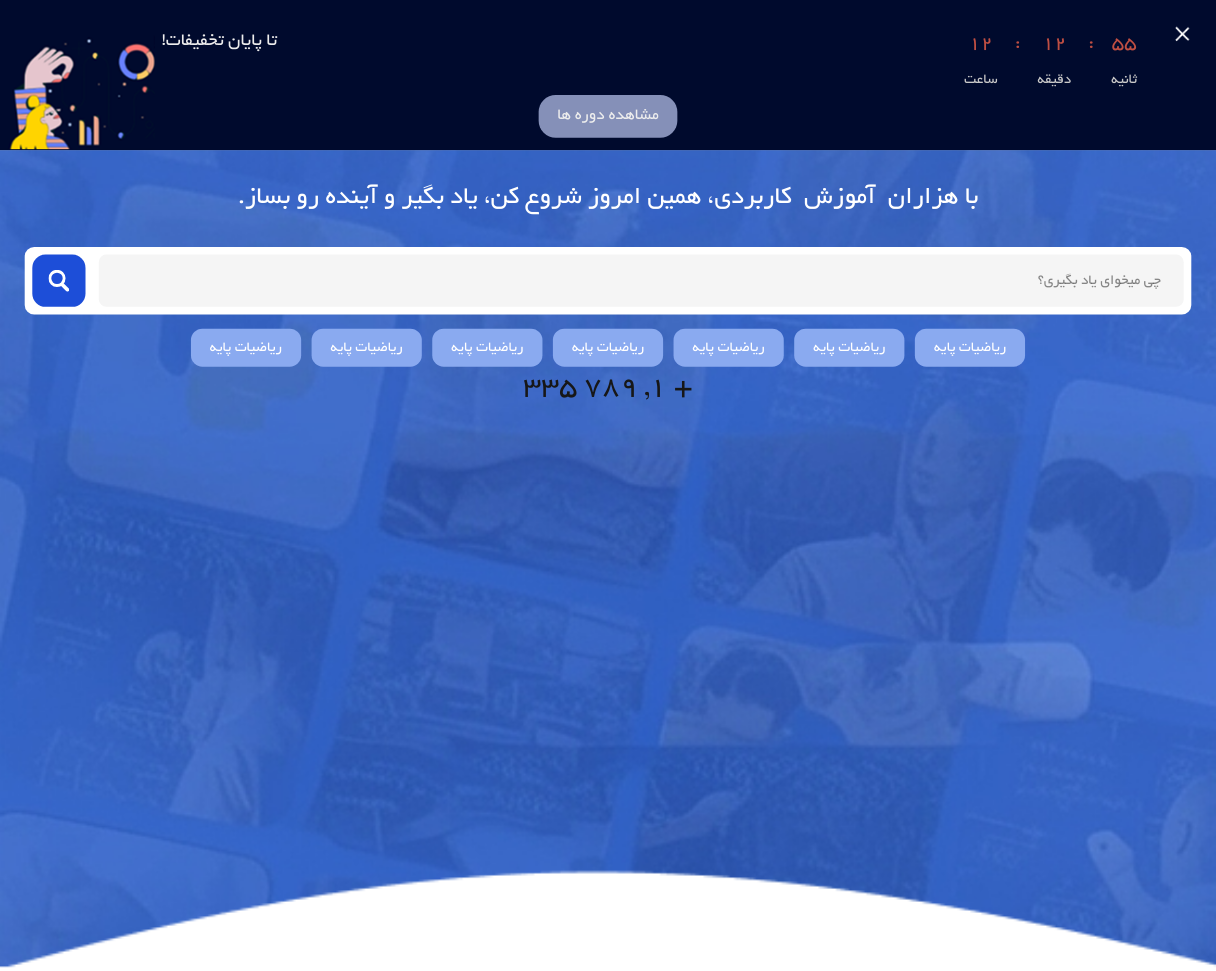
Repository: sinafath/fradars
Page: /
The author's editor kept a copy of each file at every save. The page is drawn from the files as they stood at one save, then again after the next save.
The browser window is 1280 px wide. The pictures show the whole page, at 95% of full size.
The project was rebuilt for these pictures with package versions that can differ from the ones it lists, and the page was loaded fresh each time. The framework's server and built-in components were replaced by stand-ins that run in the browser. Also part of the build but not shown: next.config.ts.

Above is the page before, as saved 2025-09-21 20:10:58.

After the next save:
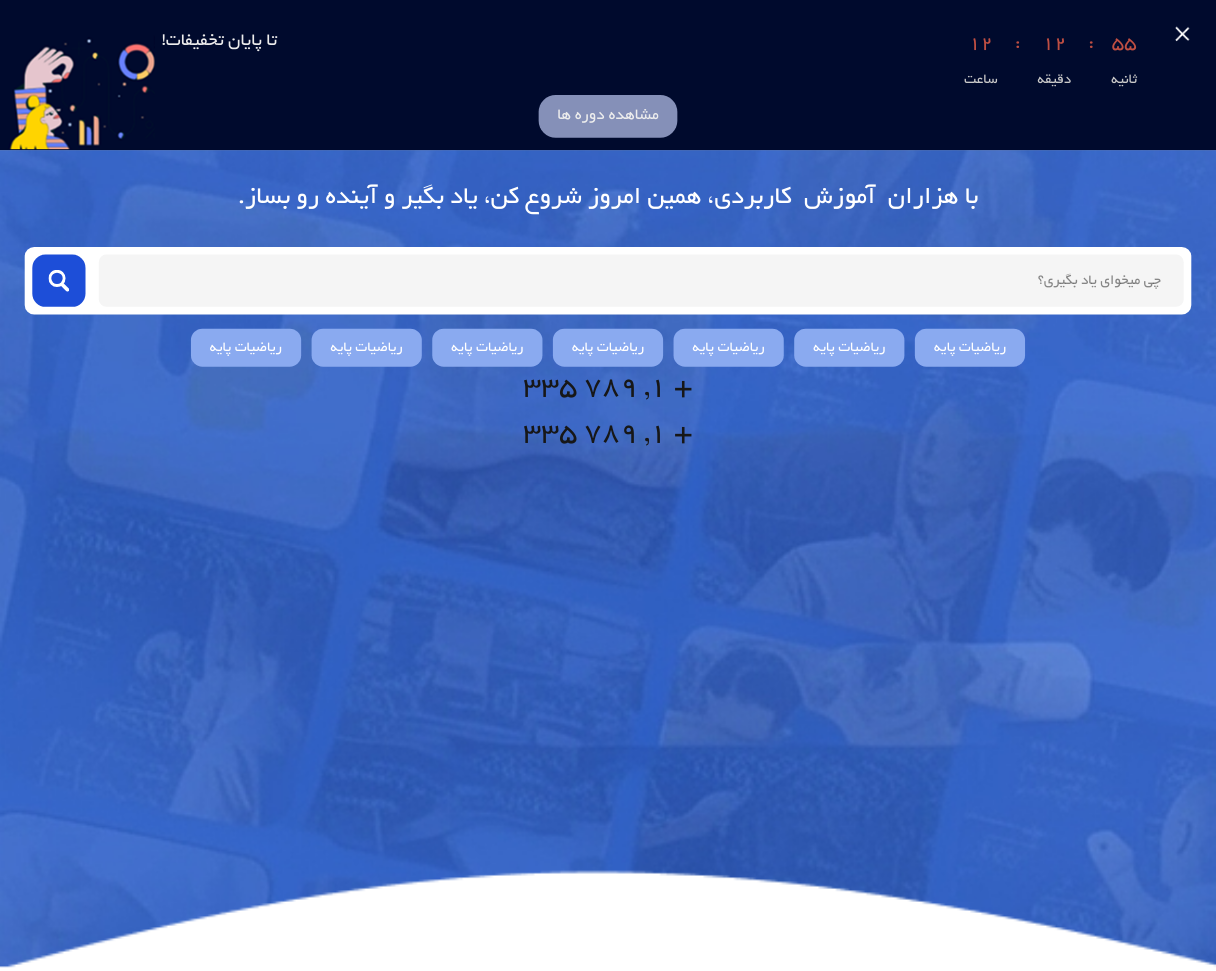
Saved 4 s later.
--- a/src/app/page.tsx
+++ b/src/app/page.tsx
@@ -71,6 +71,8 @@
       <Column className="gap-[17px] text-center ">
         <Column>
           <div className="text-[32px]">+ 1, 789 335</div>
+                    <div className="text-[32px]">+ 1, 789 335</div>
+
         </Column>
       </Column>
     </div>
